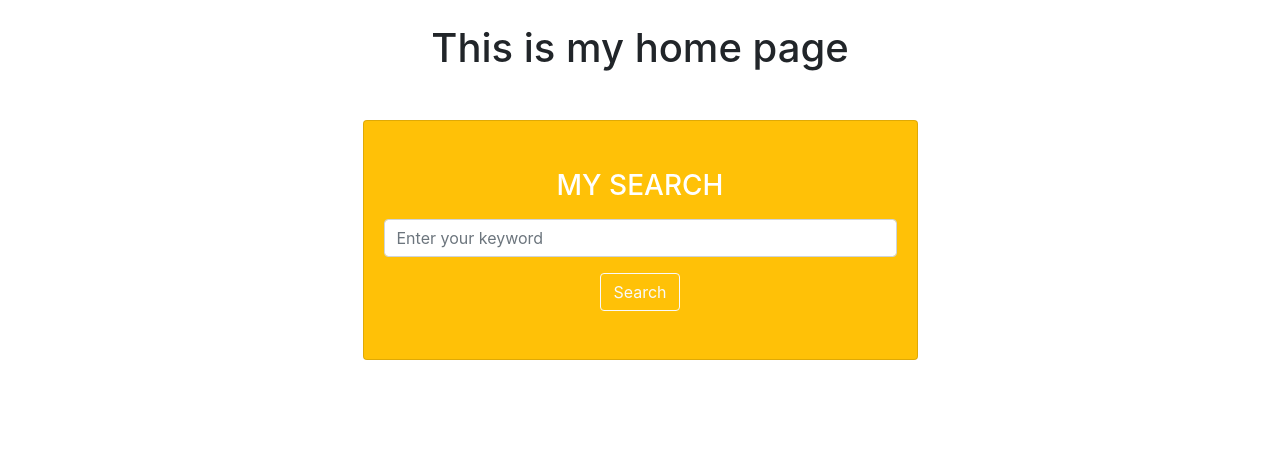
Repository: GovindParve/spring_mvc_maven_search_project
Page: http://localhost/springmvcsearch/home
The author's editor kept a copy of each file at every save. The page is drawn from the files as they stood at one save, then again after the next save.
The browser window is 1280 px wide. The pictures show the whole page.
Some web libraries are served in a nearby version. The page is served by Tomcat 9.

Above is the page before, as saved 2023-06-18 17:51:15.

After the next save:
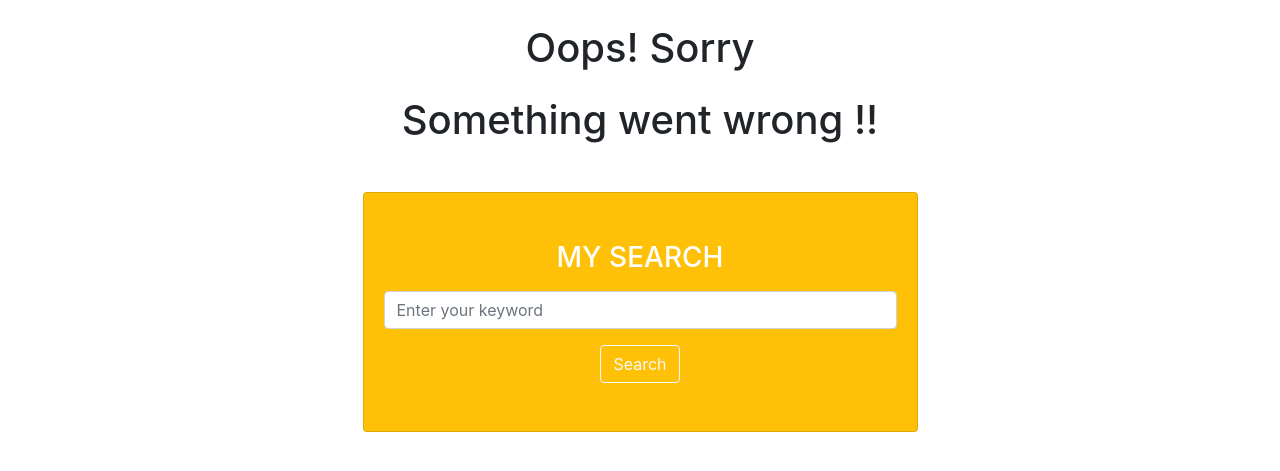
Saved 70 s later.
--- a/springmvcsearch/src/main/webapp/WEB-INF/views/null_page.jsp
+++ b/springmvcsearch/src/main/webapp/WEB-INF/views/null_page.jsp
@@ -30,7 +30,8 @@
 <body>
 <%--   	<img alt="my image" src="<c:url value="/resources/image/tiger1.jpg" />"> --%>
     <div class="container">
-    	<h1 class="text-center m-4">This is my home page</h1>
+    	<h1 class="text-center m-4">Oops! Sorry</h1>
+    	<h1 class="text-center m-4">Something went wrong !!</h1>
     	<div class="card mx-auto mt-5 bg-warning" style="width: 50%">
     		<div class="card-body py-5">
 
